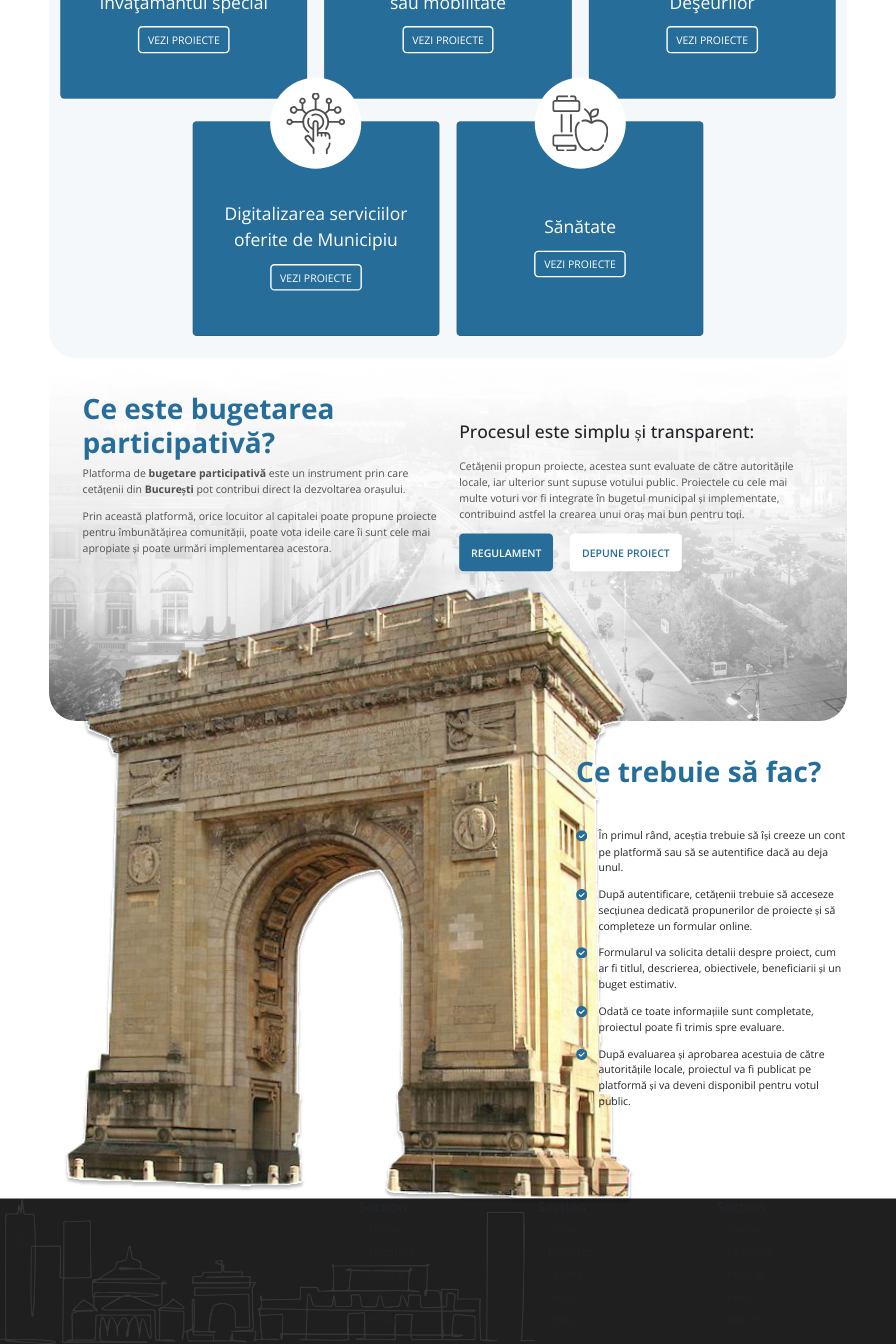
Repository: cosmin05072018/webis-task
Page: index.html
These files come from the project's save history. The page is drawn as it stood at one moment and after the next save; the edit follows.
The browser window is 1280 px wide. The pictures show the part of the page from y = 1593 to 3513 px (the page is 3513 px tall), at 70% of full size.

Above is the page before, as saved 2024-10-06 16:15:33.

### index.html
<!DOCTYPE html>
<html lang="en">
<head>
    <meta charset="UTF-8">
    <meta name="viewport" content="width=device-width, initial-scale=1.0">
    <title>Platforma-Bugetare</title>
    <link href="https://cdn.jsdelivr.net/npm/bootstrap@5.3.3/dist/css/bootstrap.min.css" rel="stylesheet" integrity="sha384-QWTKZyjpPEjISv5WaRU9OFeRpok6YctnYmDr5pNlyT2bRjXh0JMhjY6hW+ALEwIH" crossorigin="anonymous">
    <link rel="stylesheet" href="./assets/css/style.css">
</head>
<body>
<div class="container-fluid p-0 navbar-top">
  <div class="container p-3">
    <div class="d-flex justify-content-between align-items-center">
      <div class="d-flex left-section info-top">
        <div class="d-flex align-items-center gap-2 location-section">
          <img class="location" src="./assets/images/location.png" alt="location">
          <p class="text-white m-0">B-dul Regina Elisabeta, Nr. 47, Sector 5, Bucuresti</p>
        </div>
        <div class="p-3 d-flex align-items-center gap-2 mail-section">
          <img class="mail" src="./assets/images/mail.png" alt="location">
          <p class="text-white m-0">relatiipublice@pmb.ro</p>
        </div>
      </div>
      <div class="right-section d-none d-xl-flex">
        <div class="dropdown">
          <button class="btn rounded dropdown-toggle" type="button" id="dropdownMenuButton1" data-bs-toggle="dropdown" aria-expanded="false">
            PARTICIPĂ
          </button>
          <ul class="dropdown-menu" aria-labelledby="dropdownMenuButton1">
            <li><a class="dropdown-item" href="#">Depune un proiect</a></li>
            <li><a class="dropdown-item" href="#">Proiectele mele</a></li>
            <li><a class="dropdown-item" href="#">Proiecte favorite</a></li>
          </ul>
        </div>
          <a href="#" class="btn">AUTENTIFICARE</a>
          <a href="#" class="btn">CREEAZĂ CONT</a>
      </div>
    </div>
  </div>
</div>
<div class="container navbar-middle">
  <nav class="navbar navbar-expand-lg p-0 justify-content-between">
    <div class="container-fluid py-4">
      <div class="logo">
        <img src="./assets/images/logo-blue.png" alt="logo">
      </div>
      <button class="navbar-toggler border-0" type="button" data-bs-toggle="collapse" data-bs-target="#navbarSupportedContent" aria-controls="navbarSupportedContent" aria-expanded="false" aria-label="Toggle navigation">
        <span class="navbar-toggler-icon"></span>
      </button>
      <div class="collapse navbar-collapse" id="navbarSupportedContent">
        <ul class="navbar-nav mb-2 mb-lg-0 ms-auto">
          <li class="nav-item">
            <a class="nav-link active" aria-current="page" href="#">Acasă</a>
          </li>
          <li class="nav-item">
            <a class="nav-link" href="#">Domenii proiecte</a>
          </li>
          <li class="nav-item">
            <a class="nav-link" href="#">Rezultate</a>
          </li>
          <li class="nav-item">
            <a class="nav-link" href="#">Sesiuni anterioare</a>
          </li>
          <li class="nav-item d-none d-lg-block">
            <a class="nav-link" href="#">Informații suplimentare</a>
          </li>
          <div class="dropdown d-block d-lg-none">
            <button class="btn dropdown-toggle rounded-0" type="button" id="dropdownMenuButton1" data-bs-toggle="dropdown" aria-expanded="false">
              Informații suplimentare
            </button>
            <ul class="dropdown-menu border-0" aria-labelledby="dropdownMenuButton1">
              <li><a class="dropdown-item" href="#">Despre</a></li>
              <li><a class="dropdown-item" href="#">Descrierea etapelor</a></li>
              <li><a class="dropdown-item" href="#">Întrebări frecvente</a></li>
              <li><a class="dropdown-item" href="#">Regulament</a></li>
            </ul>
          </div>
          <div class="dropdown d-block d-lg-none">
            <button class="btn dropdown-toggle rounded-0" type="button" id="dropdownMenuButton1" data-bs-toggle="dropdown" aria-expanded="false">
              Participă
            </button>
            <ul class="dropdown-menu border-0" aria-labelledby="dropdownMenuButton1">
              <li><a class="dropdown-item" href="#">Depune un proiect</a></li>
              <li><a class="dropdown-item" href="#">Proiectele mele</a></li>
              <li><a class="dropdown-item" href="#">Proiecte favorite</a></li>
            </ul>
          </div>
        </ul>
        <div class="d-flex d-lg-none align-items-center justify-content-center py-4 px-3 gap-3">
          <a href="#">
            <button class="btn create-account">CREEAZĂ CONT</button>
          </a>
          <a href="#">
            <button class="btn autentification">AUTENTIFICARE</button>
          </a>
        </div>
      </div>
    </div>
  </nav>
</div>
<div class="container d-flex hero-section">
  <div class="left-section d-flex flex-column gap-3">
    <h1 class="text-white title-hero">Bugetarea <br> Participativă</h1>
    <p class="subtitle text-white">A MUNICIPIULUI <span class="fw-bold">BUCUREȘTI</span></p>
    <p class="content text-white">
      Instrument online dedicat cetățenilor pentru a <br> propune și vota proiecte de investiții care să fie <br> finanțate din bugetul municipal.
    </p>
    <div class="d-flex buttons gap-4">
      <a href="#" class="btn">DEPUNE PROIECT</a>
      <a href="#" class="btn">ÎNTREBĂRI FRECVENTE</a>
    </div>
  </div>
  <div class="right-section">
    <img src="./assets/images/hero-image.png" alt="hero-image">
  </div>
</div>
<div class="container steper mt-3 d-flex align-items-center justify-content-around mt-5">
  <div class="step d-flex flex-column align-items-center justify-content-center py-5">
    <img class="step-img" src="./assets/images/depunere-proiect.svg" alt="depunere-proiect">
    <div class="title row pt-3">
      <div class="col-12">Depunerea</div>
      <div class="col-12">proiectelor</div>
    </div>
    <img src="./assets/images/checked.svg" alt="checked" class="checked-step py-4">
    <div class="date">
      <div class="start">01.09.2024</div>
      <div class="finish">27.09.2024</div>
    </div>
  </div>
  <div class="step d-flex flex-column align-items-center justify-content-center  py-5">
    <img class="step-img" src="./assets/images/analiza-proiectelor.svg" alt="analiza-proiectelor">
    <div class="title row pt-3">
      <div class="col-12">Analiza</div>
      <div class="col-12">proiectelor</div>
    </div>
    <img src="./assets/images/checked.svg" alt="checked" class="checked-step py-4">
    <div class="date">
      <div class="start">01.09.2024</div>
      <div class="finish">27.09.2024</div>
    </div>
  </div>
  <div class="step d-flex flex-column align-items-center justify-content-center  py-5">
    <img class="step-img" src="./assets/images/votarea-proiectelor.svg" alt="votarea-proiectelor">
    <div class="title row pt-3">
      <div class="col-12">Votarea</div>
      <div class="col-12">proiectelor</div>
    </div>
    <img src="./assets/images/loader.svg" alt="loader" class="loader-step py-4">
    <div class="date">
      <div class="start">01.09.2024</div>
      <div class="finish">27.09.2024</div>
    </div>
  </div>
  <div class="step d-flex flex-column align-items-center justify-content-center  py-5">
    <img class="step-img" src="./assets/images/afisarea-rezultatelor.svg" alt="afisarea-rezultatelor">
    <div class="title row pt-3">
      <div class="col-12">Afișarea</div>
      <div class="col-12">rezultatelor</div>
    </div>
    <div class="circle d-flex align-items-center justify-content-center">
      <img src="./assets/images/finish-step.svg" alt="finish-step" class="finish-step py-4">
    </div>
    <div class="date">
      <div class="start">01.09.2024</div>
      <div class="finish">27.09.2024</div>
    </div>
  </div>
</div>
<div class="container p-3 domains-projects">
  <h2 class="text-center">Domenii Proiecte</h2>
  <div class="d-flex align-items-center justify-content-center">
    <p class="text-center">Domeniile pentru care se pot depune propuneri acoperă toate aspectele esențiale pentru dezvoltarea durabilă a orașului și pentru creșterea calității vieții în București.</p>
  </div>
  <div class="row d-flex justify-content-center mt-5">
    <div class="col-sm-4 my-3">
      <div class="card py-5">
        <div class="card-body d-flex flex-column align-items-center justify-content-center">
          <div class="domain-image d-flex align-items-center justify-content-center">
            <img src="./assets/images/cultura.svg" alt="cultura">
          </div>
          <p class="card-text mt-5">Cultură şi/sau Educaţie în învăţământul special</p>
          <a href="#" class="btn">VEZI PROIECTE</a>
          <img class="bg-domain-image" src="./assets/images/bg-cultura.svg" alt="cultura">
        </div>
      </div>
    </div>
    <div class="col-sm-4 my-3">
      <div class="card py-5">
        <div class="card-body d-flex flex-column align-items-center justify-content-center">
          <div class="domain-image d-flex align-items-center justify-content-center">
            <img src="./assets/images/infrastructura.svg" alt="cultura">
          </div>
          <p class="card-text mt-5">Infrastructură rutieră şi / sau mobilitate</p>
          <a href="#" class="btn">VEZI PROIECTE</a>
          <img class="bg-domain-image" src="./assets/images/infrastructura-bg.svg" alt="cultura">
        </div>
      </div>
    </div>
    <div class="col-sm-4 my-3">
      <div class="card py-5">
        <div class="card-body d-flex flex-column align-items-center justify-content-center">
          <div class="domain-image d-flex align-items-center justify-content-center">
            <img src="./assets/images/mediu.svg" alt="cultura">
          </div>
          <p class="card-text mt-5">Mediu şi/sau Gestiunea Deşeurilor</p>
          <a href="#" class="btn">VEZI PROIECTE</a>
          <img class="bg-domain-image" src="./assets/images/mediu-bg.svg" alt="cultura">
        </div>
      </div>
    </div>
    <div class="col-sm-4 my-3">
      <div class="card py-5">
        <div class="card-body d-flex flex-column align-items-center justify-content-center">
          <div class="domain-image d-flex align-items-center justify-content-center">
            <img src="./assets/images/digitalizare.svg" alt="cultura">
          </div>
          <p class="card-text mt-5">Digitalizarea serviciilor oferite de Municipiu</p>
          <a href="#" class="btn">VEZI PROIECTE</a>
          <img class="bg-domain-image" src="./assets/images/digitalizare-bg.svg" alt="cultura">
        </div>
      </div>
    </div>
    <div class="col-sm-4 my-3">
      <div class="card py-5 h-100">
        <div class="card-body d-flex flex-column align-items-center justify-content-center">
          <div class="domain-image d-flex align-items-center justify-content-center">
            <img src="./assets/images/sanatate.svg" alt="cultura">
          </div>
          <p class="card-text mt-5">Sănătate</p>
          <a href="#" class="btn">VEZI PROIECTE</a>
          <img class="bg-domain-image" src="./assets/images/sanatate-bg.svg" alt="cultura">
        </div>
      </div>
    </div>
  </div>
</div>
<div class="container p-3 info-section p-lg-5">
  <div class="row">
    <div class="col-12 col-lg-6">
        <h2 class="title">Ce este bugetarea participativă?</h2>
        <div class="left-section flex-column gap-2">
          <p class="text">Platforma de <span>bugetare participativă</span> este un instrument prin care cetățenii din <span>București</span>
            pot contribui direct la dezvoltarea orașului.</p>
          <p class="text">Prin această platformă, orice locuitor al capitalei poate propune proiecte pentru îmbunătățirea comunității, poate
            vota ideile care îi sunt cele mai apropiate și poate urmări implementarea acestora.</p>
        </div>
    </div>
    <div class="right-section col-12 col-lg-6 mt-4 p-lg-3">
        <h3 class="subtitle">Procesul este simplu și transparent:</h3>
        <p class="text mt-4">Cetățenii propun proiecte, acestea sunt evaluate de către autoritățile locale, iar ulterior sunt supuse votului public. Proiectele cu
          cele mai multe voturi vor fi integrate în bugetul municipal și implementate, contribuind astfel la crearea unui oraș mai bun pentru toți.
        </p>
        <div class="d-flex buttons gap-4">
          <a href="#" class="btn">REGULAMENT</a>
          <a href="#" class="btn">DEPUNE PROIECT</a>
        </div>
    </div>
  </div>
</div>
<div class="container list-steps-section d-flex p-lg-0">
  <div class="left-section d-none d-xl-flex">
    <img src="./assets/images/arch-of-triumph-bucharest.svg" alt="arch-of-triumph-bucharest">
  </div>
  <div class="steps-section py-5">
    <h2 class="title">Ce trebuie să fac?</h2>
    <ul class="px-0 py-lg-5">
      <li class="d-flex gap-3">
        <img class="d-flex align-self-start mt-1" src="./assets/images/checked.svg" alt="checked">
        <p class="text-step">În primul rând, aceștia trebuie să își creeze un cont pe platformă sau să se autentifice dacă au deja unul.</p>
      </li>
      <li class="d-flex gap-3">
        <img class="d-flex align-self-start mt-1" src="./assets/images/checked.svg" alt="checked">
        <p class="text-step">După autentificare, cetățenii trebuie să acceseze secțiunea dedicată propunerilor de proiecte și să completeze un formular online.</p>
      </li>
      <li class="d-flex gap-3">
        <img class="d-flex align-self-start mt-1" src="./assets/images/checked.svg" alt="checked">
        <p class="text-step">Formularul va solicita detalii despre proiect, cum ar fi titlul, descrierea, obiectivele, beneficiarii și un buget estimativ.</p>
      </li>
      <li class="d-flex gap-3">
        <img class="d-flex align-self-start mt-1" src="./assets/images/checked.svg" alt="checked">
        <p class="text-step">Odată ce toate informațiile sunt completate, proiectul poate fi trimis spre evaluare.</p>
      </li>
      <li class="d-flex gap-3">
        <img class="d-flex align-self-start mt-1" src="./assets/images/checked.svg" alt="checked">
        <p class="text-step">După evaluarea și aprobarea acestuia de către autoritățile locale, proiectul va fi publicat pe platformă și va deveni disponibil pentru votul public.</p>
      </li>
    </ul>
  </div>
</div>
<div class="container-fluid p-0">
  <footer class="container-fluid px-0 d-flex row-cols-1 row-cols-sm-2 row-cols-md-5">
    <div class="col mb-3">
      <a href="/" class="d-flex align-items-center mb-3 link-dark text-decoration-none">
        <svg class="bi me-2" width="40" height="32"><use xlink:href="#bootstrap"></use></svg>
      </a>
      <p class="text-muted">© 2022</p>
    </div>

    <div class="col mb-3">

    </div>

    <div class="col mb-3">
      <h5>Section</h5>
      <ul class="nav flex-column">
        <li class="nav-item mb-2"><a href="#" class="nav-link p-0 text-muted">Home</a></li>
        <li class="nav-item mb-2"><a href="#" class="nav-link p-0 text-muted">Features</a></li>
        <li class="nav-item mb-2"><a href="#" class="nav-link p-0 text-muted">Pricing</a></li>
        <li class="nav-item mb-2"><a href="#" class="nav-link p-0 text-muted">FAQs</a></li>
        <li class="nav-item mb-2"><a href="#" class="nav-link p-0 text-muted">About</a></li>
      </ul>
    </div>

    <div class="col mb-3">
      <h5>Section</h5>
      <ul class="nav flex-column">
        <li class="nav-item mb-2"><a href="#" class="nav-link p-0 text-muted">Home</a></li>
        <li class="nav-item mb-2"><a href="#" class="nav-link p-0 text-muted">Features</a></li>
        <li class="nav-item mb-2"><a href="#" class="nav-link p-0 text-muted">Pricing</a></li>
        <li class="nav-item mb-2"><a href="#" class="nav-link p-0 text-muted">FAQs</a></li>
        <li class="nav-item mb-2"><a href="#" class="nav-link p-0 text-muted">About</a></li>
      </ul>
    </div>

    <div class="col mb-3">
      <h5>Section</h5>
      <ul class="nav flex-column">
        <li class="nav-item mb-2"><a href="#" class="nav-link p-0 text-muted">Home</a></li>
        <li class="nav-item mb-2"><a href="#" class="nav-link p-0 text-muted">Features</a></li>
        <li class="nav-item mb-2"><a href="#" class="nav-link p-0 text-muted">Pricing</a></li>
        <li class="nav-item mb-2"><a href="#" class="nav-link p-0 text-muted">FAQs</a></li>
        <li class="nav-item mb-2"><a href="#" class="nav-link p-0 text-muted">About</a></li>
      </ul>
    </div>
  </footer>
</div>

<script src="https://cdn.jsdelivr.net/npm/bootstrap@5.3.3/dist/js/bootstrap.bundle.min.js" integrity="sha384-YvpcrYf0tY3lHB60NNkmXc5s9fDVZLESaAA55NDzOxhy9GkcIdslK1eN7N6jIeHz" crossorigin="anonymous"></script>
</body>
</html>

Loaded but not shown: assets/css/style.css (614 lines, source omitted)

After the next save:
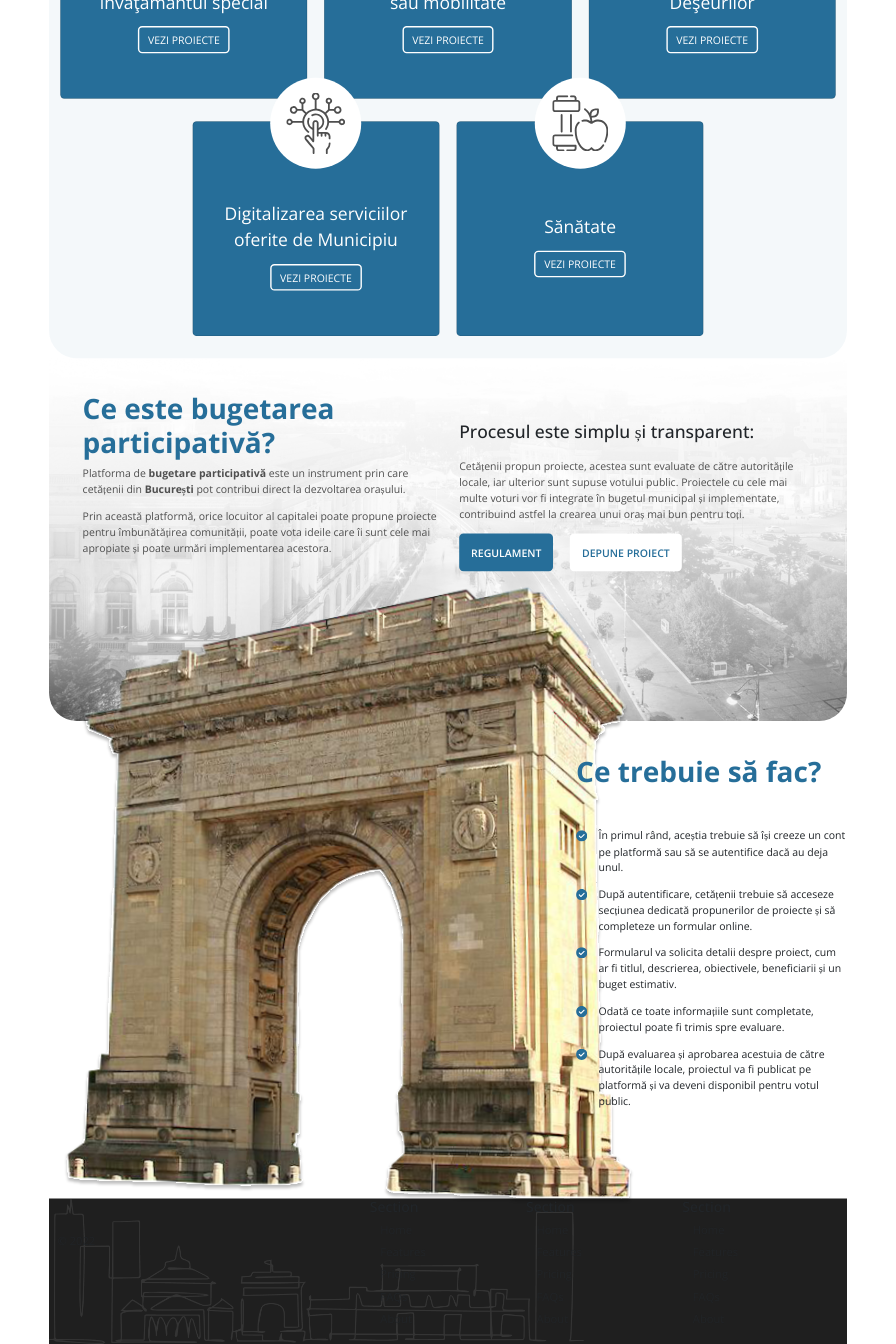
Saved 22 s later.
--- a/index.html
+++ b/index.html
@@ -288,7 +288,7 @@
   </div>
 </div>
 <div class="container-fluid p-0">
-  <footer class="container-fluid px-0 d-flex row-cols-1 row-cols-sm-2 row-cols-md-5">
+  <footer class="container d-flex row-cols-1 row-cols-sm-2 row-cols-md-5">
     <div class="col mb-3">
       <a href="/" class="d-flex align-items-center mb-3 link-dark text-decoration-none">
         <svg class="bi me-2" width="40" height="32"><use xlink:href="#bootstrap"></use></svg>
